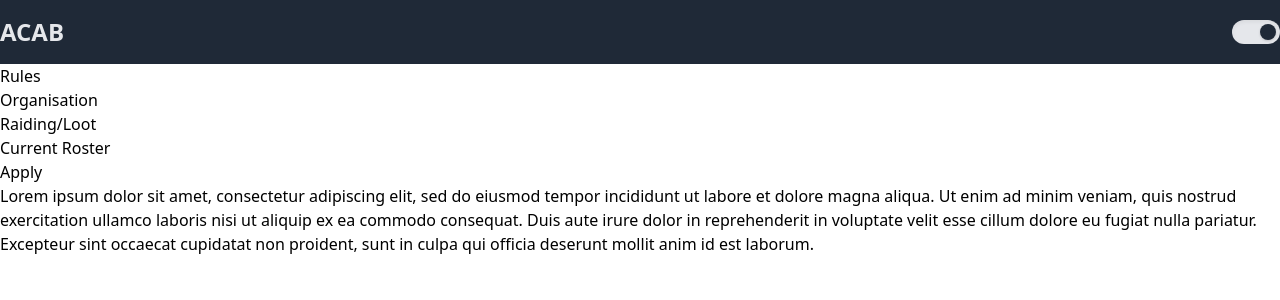
Repository: eaang/catguild_frontend
Page: /
An editor plug-in stored every save of this project. The page is shown before and after the next save, followed by the edit.
The browser window is 1280 px wide. The pictures show the whole page.
The project was rebuilt for these pictures with package versions that can differ from the ones it lists, and the page was loaded fresh each time. The framework's server and built-in components were replaced by stand-ins that run in the browser. Also part of the build but not shown: nuxt.config.js, components/ContentBox.vue, components/ContentEditor.vue, components/ImageBox.vue, components/SidebarMain.vue, components/SidebarSub.vue, components/TheFoooter.vue, components/icons/ChevronDown.vue and 19 more. Imported but missing from the stored project, and not drawn on this page: apollo/queries/categories/category.

Above is the page before, as saved 2021-04-02 18:45:08.

### components/TheHeader.vue
<template>
  <div
    class="w-full h-16 flex items-center bg-gray-200 dark:bg-gray-800 transition duration-200"
  >
    <div class="container flex justify-between items-center">
      <div class="left-side">
        <nuxt-link to="/"
          ><div class="text-2xl font-bold text-gray-800 dark:text-gray-200">
            ACAB
          </div></nuxt-link
        >
      </div>
      <div class="right-side">
        <div @click="changeTheme">
          <ToggleButton :is-active="thisTheme" />
        </div>
      </div>
    </div>
  </div>
</template>

<script>
export default {
  data() {
    return {
      thisTheme: false,
    }
  },
  methods: {
    changeTheme() {
      this.thisTheme = !this.thisTheme
      this.$nuxt.$emit('change-theme')
    },
  },
}
</script>

### components/TheSidebar.vue
<template>
  <div class="w-64">
    <div>Rules</div>
    <div>Organisation</div>
    <div>Raiding/Loot</div>
    <div>Current Roster</div>
    <div>Apply</div>
  </div>
</template>

<script>
export default {}
</script>

### components/ToggleButton.vue
<template>
  <div
    class="w-12 h-6 px-1 rounded-full grid justify-items-auto items-center shadow-inner transition duration-200"
    :class="{ 'bg-gray-800': currentStatus, 'bg-gray-200': !currentStatus }"
  >
    <transition name="left">
      <div
        v-if="currentStatus"
        class="bg-gray-200 w-4 h-4 rounded-full shadow justify-self-start shadow-"
      ></div>
    </transition>
    <transition name="right">
      <div
        v-if="!currentStatus"
        class="bg-gray-800 w-4 h-4 rounded-full shadow justify-self-end"
      ></div>
    </transition>
  </div>
</template>

<script>
export default {
  props: {
    isActive: {
      type: Boolean,
      default: false,
    },
  },
  computed: {
    currentStatus() {
      return this.isActive
    },
  },
}
</script>

<style scoped>
.left-enter-active,
.left-leave-enter {
  transform: translateX(0);
  transition: all 0.2s linear;
}
.left-enter,
.left-leave-to {
  transform: translateX(100%);
}
.right-enter-active,
.right-leave-enter {
  transform: translateX(0);
  transition: all 0.2s linear;
}
.right-enter,
.right-leave-to {
  transform: translateX(-100%);
}
</style>

### layouts/default.vue
<template>
  <div class="relative pt-16" :class="{ dark: darkTheme }">
    <TheHeader class="absolute inset-x-0 top-0" />
    <div class="container">
      <div class="">
        <TheSidebar class="" />
        <Nuxt />
      </div>
      <TheFooter />
    </div>
  </div>
</template>

<script>
export default {
  data() {
    return {
      darkTheme: true,
    }
  },
  created() {
    this.$nuxt.$on('change-theme', () => {
      this.darkTheme = !this.darkTheme
    })
  },
}
</script>

### pages/index.vue
<template>
  <div>
    Lorem ipsum dolor sit amet, consectetur adipiscing elit, sed do eiusmod
    tempor incididunt ut labore et dolore magna aliqua. Ut enim ad minim veniam,
    quis nostrud exercitation ullamco laboris nisi ut aliquip ex ea commodo
    consequat. Duis aute irure dolor in reprehenderit in voluptate velit esse
    cillum dolore eu fugiat nulla pariatur. Excepteur sint occaecat cupidatat
    non proident, sunt in culpa qui officia deserunt mollit anim id est laborum.
  </div>
</template>

<script>
export default {}
</script>

### tailwind.config.js
module.exports = {
  purge: [
    './components/**/*.{vue,js}',
    './layouts/**/*.vue',
    './pages/**/*.vue',
    './plugins/**/*.{js,ts}',
    './nuxt.config.{js,ts}',
  ],
  darkMode: 'class', // or 'media' or 'class'
  theme: {
    container: {
      center: true,
    },
    extend: {},
  },
  variants: {
    extend: {},
  },
  plugins: [],
}

Loaded but not shown: assets/css/tailwind.css (common file); components/TheFooter.vue (common file)

After the next save:
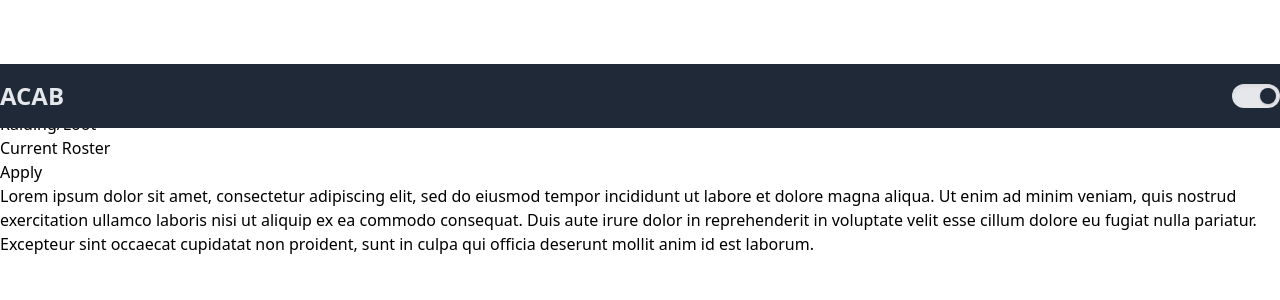
Saved 19 s later.
--- a/layouts/default.vue
+++ b/layouts/default.vue
@@ -1,7 +1,7 @@
 <template>
-  <div class="relative pt-16" :class="{ dark: darkTheme }">
+  <div class="relative" :class="{ dark: darkTheme }">
     <TheHeader class="absolute inset-x-0 top-0" />
-    <div class="container">
+    <div class="container mt-16">
       <div class="">
         <TheSidebar class="" />
         <Nuxt />

After the save that followed:
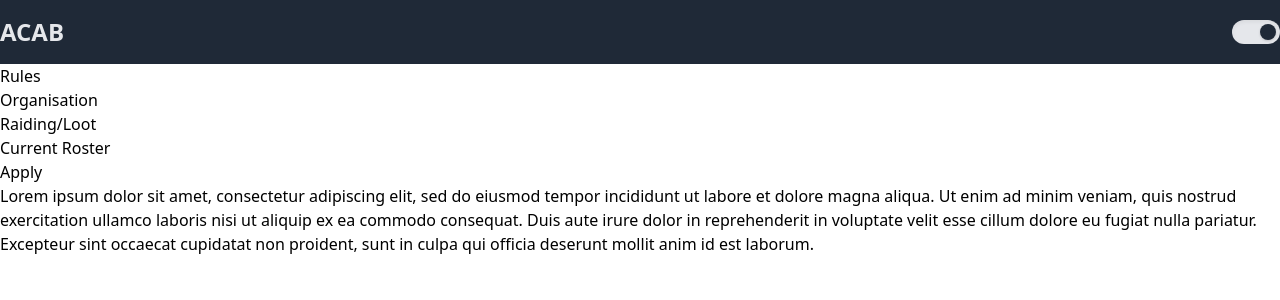
Saved 7 s later.
--- a/layouts/default.vue
+++ b/layouts/default.vue
@@ -1,7 +1,7 @@
 <template>
-  <div class="relative" :class="{ dark: darkTheme }">
+  <div class="relative pt-16" :class="{ dark: darkTheme }">
     <TheHeader class="absolute inset-x-0 top-0" />
-    <div class="container mt-16">
+    <div class="container">
       <div class="">
         <TheSidebar class="" />
         <Nuxt />
